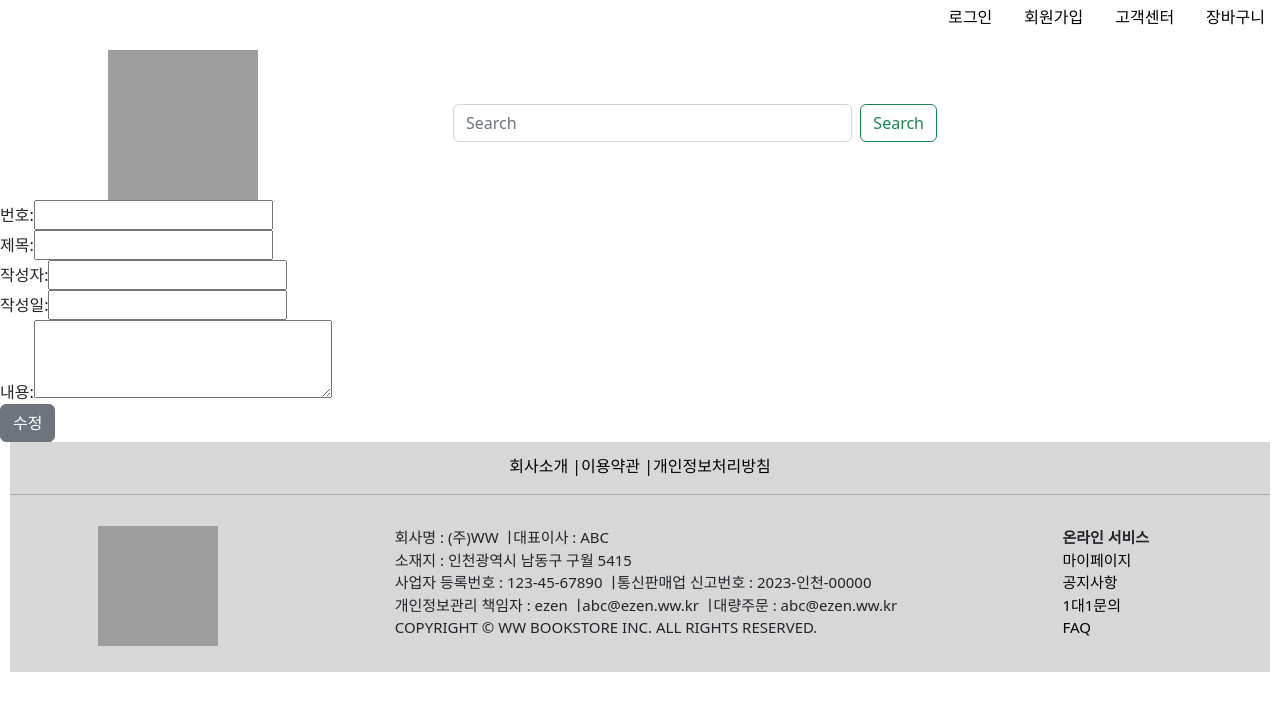
Repository: leehyeonung/project4
Page: http://localhost/book/WEB-INF/views/board/modify.jsp
These files come from the project's save history. The page is drawn as it stood at one moment and after the next save; the edit follows.
The browser window is 1280 px wide. The pictures show the whole page.
Pictures or frames that could not be fetched are drawn as grey boxes. The page is served by Tomcat 9. Nobody is signed in. Other server files are loaded and not shown. The template is opened directly, without the code that normally fills it, so the values that code supplies are empty.

Above is the page before, as saved 2023-01-06 06:51:51.

### book/src/main/webapp/WEB-INF/views/board/modify.jsp
<%@ page language="java" contentType="text/html; charset=UTF-8"
    pageEncoding="UTF-8"%>
<!DOCTYPE html>
<html>
<head>
<meta charset="UTF-8">
<title>Insert title here</title>
</head>
<body>
<jsp:include page="../layout/header.jsp"></jsp:include>
<div class="main">
<form action="/board/modify" method="post">
번호:<input type="text" name="brd_num" value="${board.brd_num}" readonly><br>
제목:<input type="text" name="brd_title" value="${board.brd_title}"><br>
작성자:<input type="text" name="brd_writer" value="${board.brd_writer}" readonly><br>
작성일:<input type="text" name="brd_regdate" value="${board.brd_regdate}" readonly ><br>
내용:<textarea rows="3" cols="30" name="brd_content">${board.brd_content}</textarea><br>
<button type="submit" class="btn btn-secondary">수정</button>
</form>
</div>
<jsp:include page="../layout/footer.jsp"></jsp:include>
</body>
</html>

### book/src/main/webapp/WEB-INF/views/layout/header.jsp
<%@ page language="java" contentType="text/html; charset=UTF-8"
    pageEncoding="UTF-8"%>
<%@ taglib uri="http://java.sun.com/jsp/jstl/core" prefix="c"%>
<!DOCTYPE html>
<html>
<head>
<meta charset="UTF-8">
<title>Insert title here</title>
<!-- CSS only -->
<link href="https://cdn.jsdelivr.net/npm/bootstrap@5.2.2/dist/css/bootstrap.min.css"
rel="stylesheet" integrity="sha384-Zenh87qX5JnK2Jl0vWa8Ck2rdkQ2Bzep5IDxbcnCeuOxjzrPF/et3URy9Bv1WTRi"
crossorigin="anonymous">
<link rel="stylesheet" type="text/css" href="/resources/css/header.css">
</head>
<body>

<div class="header">
    <div class="menu">
        <c:if test="${ses.mem_id ==null}">
        <ul><a href="/mem/loginPage">로그인</a></ul>
        <ul><a href="/mem/joinPage">회원가입</a></ul>
        </c:if>
        <c:if test="${ses.mem_id == 'admin' }">
        <ul><a href="/mem/logOut">로그아웃</a></ul>
        <ul><a href="/mem/adminpage">관리인페이지</a></ul>
        </c:if>
        <c:if test="${ses.mem_id !=null && ses.mem_id !='admin' }">
        <ul><a href="/mem/logOut">로그아웃</a></ul>
        <ul><a href="/mem/mypage">마이페이지</a></ul>
        </c:if>
        <ul><a href="#">고객센터</a></ul>
        <ul><a href="#">장바구니</a></ul>
    </div>
    <div class="bar">
       <div class="logo">
         <a href="/"><img src="/resources/image/logo.jpg" alt="로고"></a>
       </div>
         <div class="searchBar">
            <form class="d-flex" role="search">
                 <input class="form-control me-2" type="search" placeholder="Search" aria-label="Search">
                 <button class="btn btn-outline-success" type="submit">Search</button>
              </form>
         </div>
       <div class="icons">
         <a href=""><i class="fa-solid fa-cart-shopping"></i></a>
            <a href=""><i class="fa-solid fa-user"></i></a>
       </div>
    </div>
</div>
</body>
</html>

### book/src/main/webapp/WEB-INF/views/layout/footer.jsp
<%@ page language="java" contentType="text/html; charset=UTF-8"
   pageEncoding="UTF-8"%>
<!DOCTYPE html>
<html>
<head>
<meta charset="UTF-8">
<title>Insert title here</title>
<link rel="stylesheet" type="text/css" href="/resources/css/footer.css">

</head>

<body>
   <div class="footer">
      <div class="footer-top">
         <ul>
            <li><a href="">회사소개 | </a></li>
            <li><a href="">이용약관 | </a></li>
            <li><a href="">개인정보처리방침</a></li>
         </ul>
      </div>
      <hr>
      <div class="address">
         <div class="footer-logo">
            <img src="/resources/image/logo.jpg" alt="로고">
         </div>
         <div class="address-box">
            <ul>
               <li>회사명 : (주)WW <span style="margin-right: -7px;">ㅣ</span>
                  대표이사 : ABC
               </li>

               <li>소재지 : 인천광역시 남동구 구월 5415</li>
               <li>사업자 등록번호 : 123-45-67890 <span style="margin-right: -7px;">ㅣ</span>
                  통신판매업 신고번호 : 2023-인천-00000
               </li>

               <li>개인정보관리 책임자 : ezen <span style="margin-right: -7px;">ㅣ</span>
                  abc@ezen.ww.kr <span style="margin-right: -7px;">ㅣ</span> 대량주문 :
                  abc@ezen.ww.kr
               </li>

               <li>COPYRIGHT © WW BOOKSTORE INC. ALL RIGHTS RESERVED.</li>

            </ul>

         </div>
         <div class="online-serviceBar">
            <strong>온라인 서비스</strong>
            <ul>
               <li><a href="">마이페이지</a></li>
               <li><a href="">공지사항</a></li>
               <li><a href="">1대1문의</a></li>
               <li><a href="">FAQ</a></li>
            </ul>
         </div>
      </div>
   </div>

</body>
</html>

### book/src/main/webapp/resources/css/header.css
body{
    margin:0 auto;
}
.header{
	margin:0 auto;
    width: 1260px;
    height: 200px;
   /*  background-color: pink; */
}
.menu{
   display: flex;
   justify-content: flex-end;
   padding:5px;

}
.logo{
    width: 150px;
    height: 150px;
    background-color: blue;
}
.logo>a>img{
    width: 150px;
    height: 150px;
}
.searchBar{
   /* position:absolute; */
    width: 484px;
    height: 42px;
    /* background-color: gold; */
    margin-top:54px;
    border-radius: 30px;

}
.bar{

   height: 150px;
   display: flex;
   flex-direction: row;
   flex-wrap:nowrap;
   justify-content:space-around;
/*    align-items: baseline; */


}
i{
    font-size: 42px;
    color: black;
    margin-top:54px;
    margin-right: 20px;
}
</style>

### book/src/main/webapp/resources/css/footer.css
.footer {
   width: 1260px;
   height: 230px;
   background-color: rgba(175, 175, 175, 0.5);
   margin: 0 auto;
}

.footer-logo {

   width: 120px;
   height: 120px;
   background-color: beige;
}
.footer-logo>img{
   width: 120px;
   height: 120px;
}

.address-box {
   text-align: left;
   padding: 0;
   margin: 0;
}

.address {
   padding: 15px;
   height: 150px;
   display: flex;
   font-size: 15px;
   /* align-items: baseline; */
   flex-direction: row;
   flex-wrap: nowrap;
   justify-content: space-around;
}

ul {
   list-style: none;
}

.footer, .address li {

}

.footer-top {
   text-align: center;
   padding-top: 12px;
}

.footer-top>ul {
   margin: 0;
   padding: 0;
   display: flex;
   justify-content: center;
}

.footer-top>li {
   margin: 0;
   padding: 0;
}

a {
   text-decoration-line: none;
   color: black;
}

a:visited {
   text-decoration: none;
}

a:hover {
   text-decoration: none;
}

a:focus {
   text-decoration: none;
}

a:hover, a:active {
   text-decoration: none;
}

.online-serviceBar {
   padding: 0px;
   margin-left: 20px;
   width: 120px;
   height: 120px;
}

.online-serviceBar>ul {
   margin: 0px;
   padding: 0px;
}

</style>

### book/src/main/webapp/resources/css/main.css
@charset "UTF-8";

.main{
	width:1260px;
	margin: 0 auto;
}

After the next save:
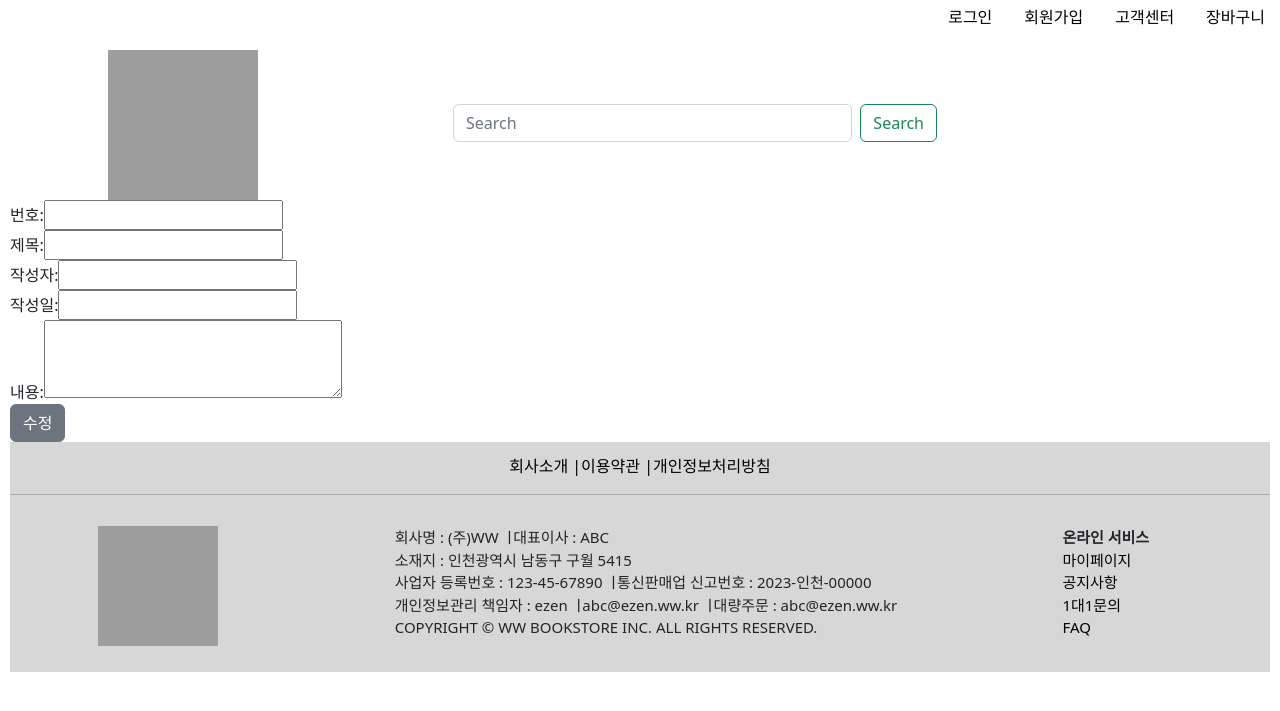
Saved 8 s later.
--- a/book/src/main/webapp/WEB-INF/views/board/modify.jsp
+++ b/book/src/main/webapp/WEB-INF/views/board/modify.jsp
@@ -5,6 +5,7 @@
 <head>
 <meta charset="UTF-8">
 <title>Insert title here</title>
+<link rel="stylesheet" type="text/css" href="/resources/css/main.css">
 </head>
 <body>
 <jsp:include page="../layout/header.jsp"></jsp:include>
